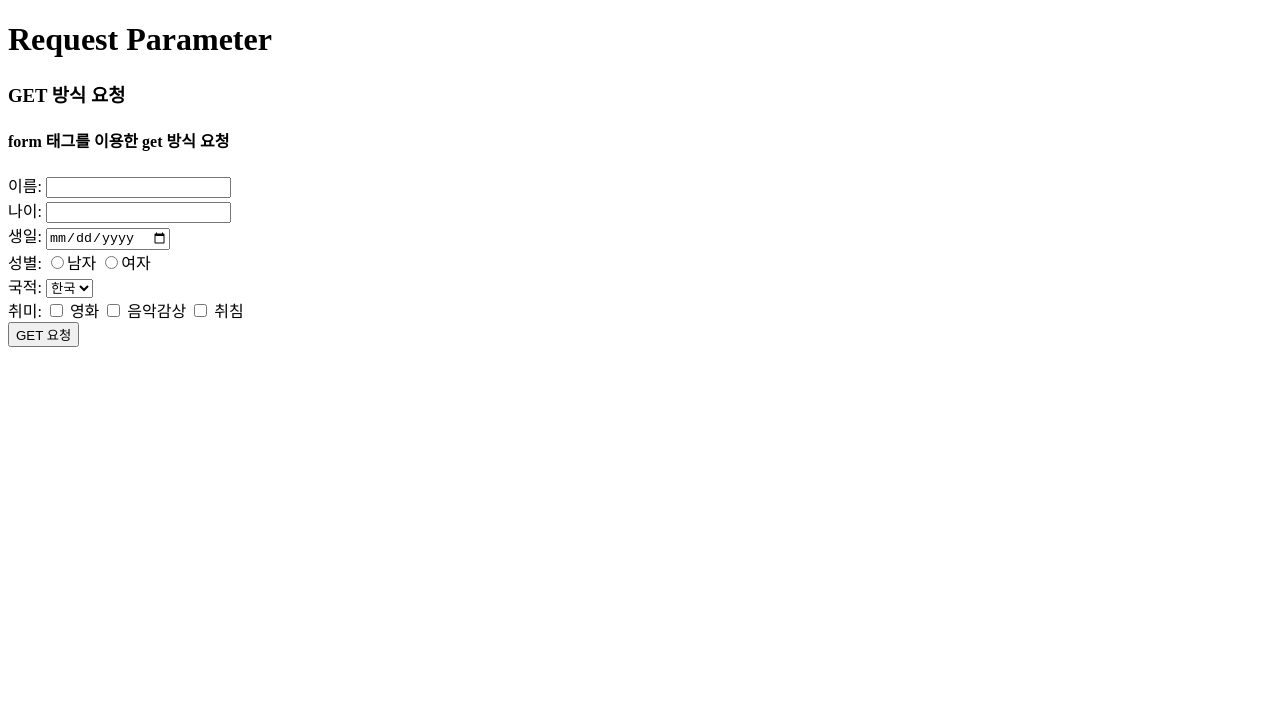
Repository: yeeeeeeer/05_servlet
Page: http://localhost/chap03-parameter/
The author's editor kept a copy of each file at every save. The page is drawn from the files as they stood at one save, then again after the next save.
The browser window is 1280 px wide. The pictures show the whole page.
The page is served by Tomcat 10.

Above is the page before, as saved 2024-06-05 02:44:57.

After the next save:
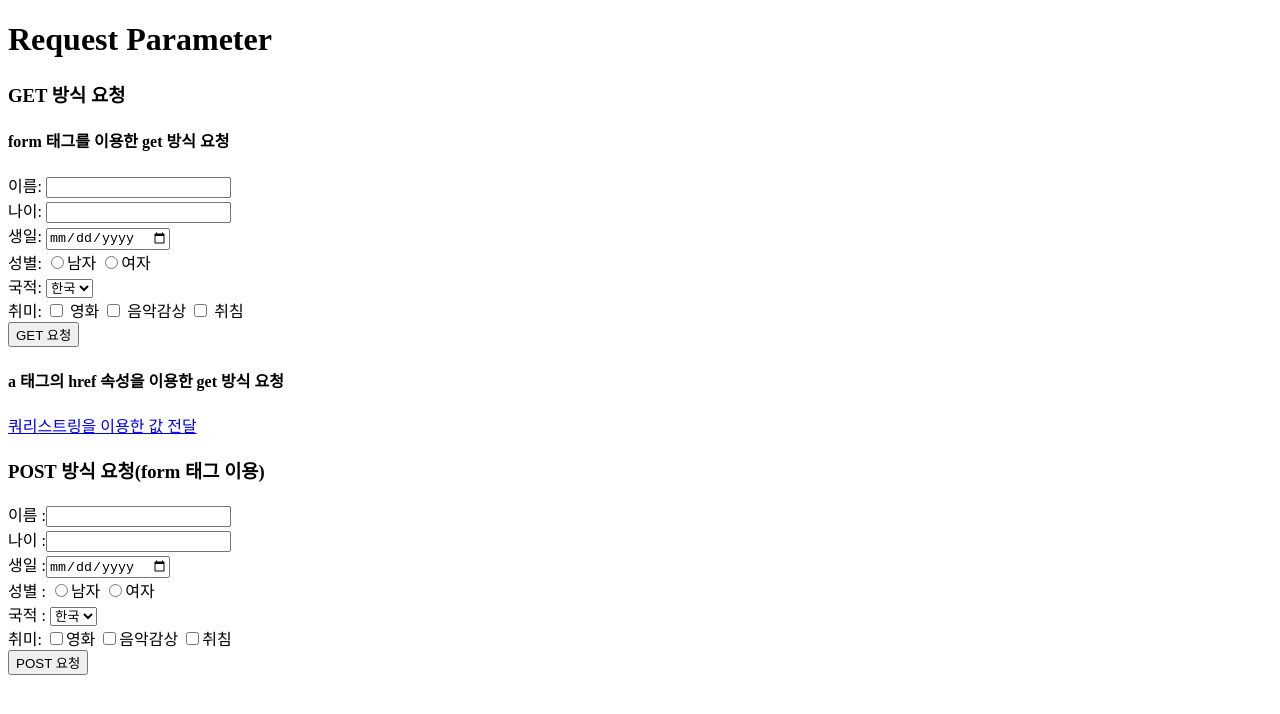
Saved 4 s later.
--- a/chap03-parameter/src/main/webapp/index.jsp
+++ b/chap03-parameter/src/main/webapp/index.jsp
@@ -31,6 +31,35 @@
 		<input type="checkbox" name="hobbies" id="sleep" value="sleep"> <label for="sleep">취침</label>
 		<br>
 		<input type="submit" value="GET 요청">
+
+	</form>
+
+		<h4>a 태그의 href 속성을 이용한 get 방식 요청</h4>
+	<a href="querystring?name=ㅇㄷㄷ&age=12&birthday=2024-06-15&gender=F&national=ko&hobbies=movie&hobbies=music&hobbies=sleep">쿼리스트링을 이용한 값 전달</a>
+
+	<h3>POST 방식 요청(form 태그 이용)</h3>
+	<form action="formdata" method="post">
+		<label>이름 :</label><input type="text" name="name"><br>
+		<label>나이 :</label><input type="number" name="age"><br>
+		<label>생일 :</label><input type="date" name="birthday"><br>
+		<label>성별 :</label>
+		<!--label for 글자를 눌러도 선택이 되는 속성 뒤에 오는 건 아이디값  -->
+			<input type="radio" name="gender" id="male2" value="M"><label for="male2">남자</label>
+			<input type="radio" name="gender" id="female2" value="F"><label for="female2">여자</label>
+		<br>
+		<label>국적 :</label>
+		<select name="national">
+			<option value="ko">한국</option>
+			<option value="ch">중국</option>
+			<option value="jp">일본</option>
+			<option value="etc">기타</option>
+		</select><br>
+		<label>취미: </label>
+		<input type="checkbox" name="hobbies" id="movie2" value="movie"><label for="movie2">영화</label>
+		<input type="checkbox" name="hobbies" id="music2" value="music"><label for="music2">음악감상</label>
+		<input type="checkbox" name="hobbies" id="sleep2" value="sleep"><label for="sleep2">취침</label>
+		<br>
+		<input type="submit" value="POST 요청">
 	</form>
 </body>
 </html>
